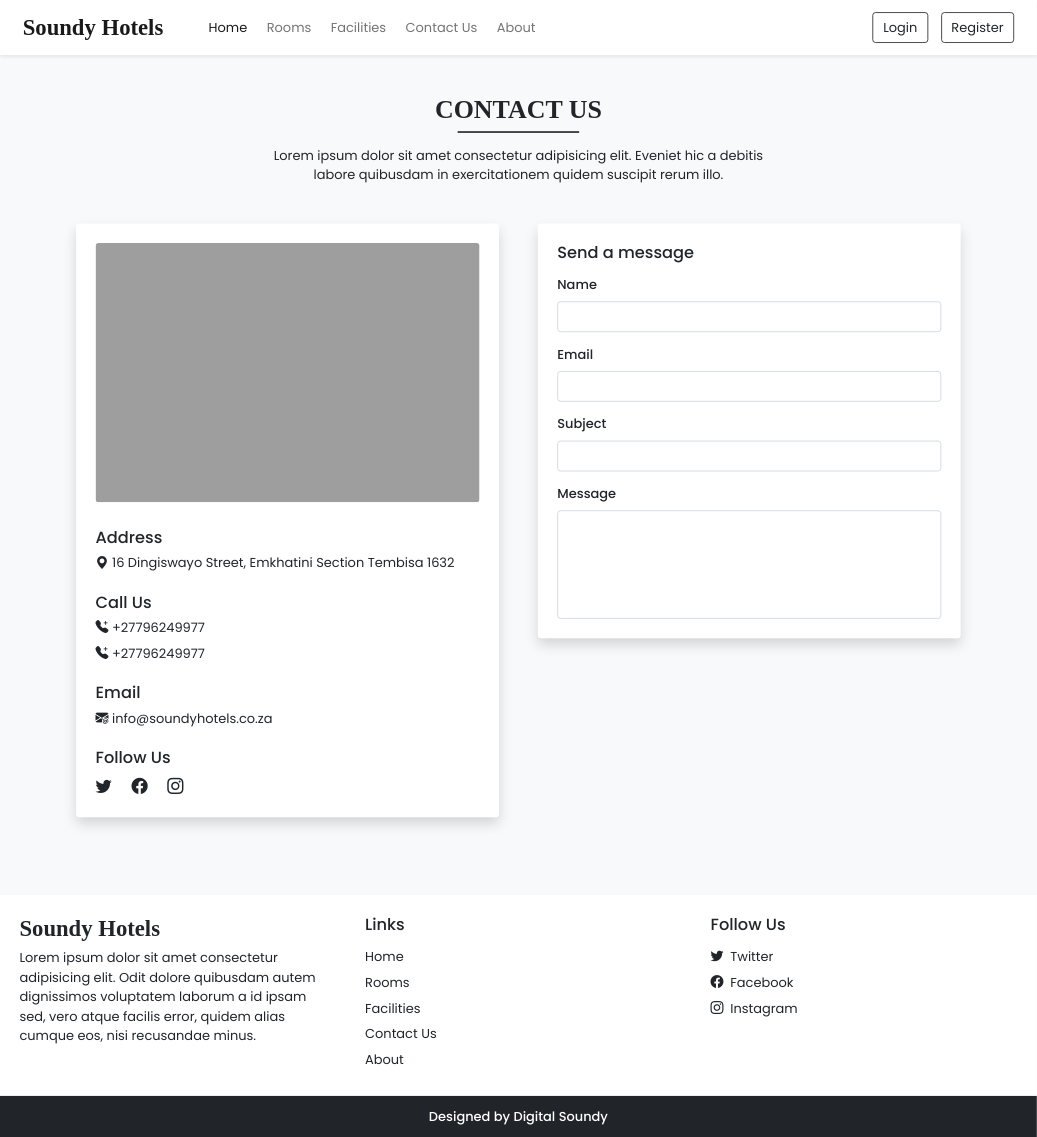
Repository: spencersoundy/Hotel-Booking-App
Page: http://localhost/contact.php
An editor plug-in stored every save of this project. The page is shown before and after the next save, followed by the edit.
The browser window is 1280 px wide. The pictures show the whole page, at 81% of full size.
Pictures or frames that could not be fetched are drawn as grey boxes. Some web fonts or font styles are not loaded; a fallback is used. The page is run by PHP 8.4 with error messages shown; the project is at /var/www/html/.

Above is the page before, as saved 2023-08-05 00:05:21.

### contact.php
<!DOCTYPE html>
<html lang="en">
<head>
    <meta charset="UTF-8">
    <meta http-equiv="X-UA-Compatible" content="IE=edge">
    <meta name="viewport" content="width=device-width, initial-scale=1.0">
    <title>Soundy Hotels - CONTACT</title>
    <?php require('inc/links.php') ?>
</head>
<body class="bg-light">

<?php require('inc/header.php') ?>

<div class="my-5 px-4">
    <h2 class="fw-bold h-font text-center">CONTACT US</h2>
    <div class="h-line bg-dark"></div>
    <p class="text-center mt-3">
        Lorem ipsum dolor sit amet consectetur adipisicing elit.
        Eveniet hic a debitis <br> labore quibusdam in exercitationem
        quidem suscipit rerum illo.
    </p>
</div>

<div class="container">
    <div class="row">
        <div class="col-lg-6 col-md-6 mb-5 px-4">
            <div class="bg-white rounded shadow p-4">
                <iframe class="w-100 rounded mb-4" height="320px" src="https://www.google.com/maps/embed?pb=!1m18!1m12!1m3!1d3585.708810342345!2d28.2120409827257!3d-26.010354497291896!2m3!1f0!2f0!3f0!3m2!1i1024!2i768!4f13.1!3m3!1m2!1s0x1e956bf2ad5976c9%3A0x6f9e0753eef116a!2s16%20Dingiswayo%20St%2C%20Emkantini%2C%20Tembisa%2C%201632!5e0!3m2!1sen!2sza!4v1691170736196!5m2!1sen!2sza" loading="lazy"></iframe>

                    <h5>Address</h5>
                <a href="https://goo.gl/maps/Av7G3xEeVXWeW6kQ6" target="_blank" class="d-line-block text-decoration-none text-dark mb-2">
                <i class="bi bi-geo-alt-fill"></i> 16 Dingiswayo Street, Emkhatini Section Tembisa 1632
                </a>

                <h5 class="mt-4">Call Us</h5>
                <a href="Tell: +27796249977" class="d-inline-block mb-2 text-decoration-none text-dark">
                    <i class="bi bi-telephone-plus-fill"></i> +27796249977
                </a>
                <br>
                <a href="Tell: +27796249977" class="d-inline-block text-decoration-none text-dark">
                    <i class="bi bi-telephone-plus-fill"></i> +27796249977
                </a>

                <h5 class="mt-4">Email</h5>
                <a href="mailto: info@soundyhotels.co.za" class="d-inline-block text-decoration-none text-dark">
                    <i class="bi bi-envelope-at-fill"></i> info@soundyhotels.co.za
                </a>

                <h5 class="mt-4">Follow Us</h5>
                <a href="#" class="d-inline-block text-dark fs-5 me-3">
                        <i class="bi bi-twitter me-1"></i>
                </a>
                <a href="#" class="d-inline-block text-dark fs-5 me-3">
                        <i class="bi bi-facebook me-1"></i>
                </a>
                <a href="#" class="d-inline-block">
                        <i class="bi bi-instagram me-1 text-dark fs-5"></i>
                </a>
            </div>
        </div>
        <div class="col-lg-6 col-md-6 px-4">
            <div class="bg-white rounded shadow p-4">
                <form>
                    <h5>Send a message</h5>
                    <div class="mt-3">
                        <label class="form-label"style="font-weight: 500;">Name</label>
                        <input type="text" class="form-control shadow-none">
                    </div>
                    <div class="mt-3">
                        <label class="form-label"style="font-weight: 500;">Email</label>
                        <input type="email" class="form-control shadow-none">
                    </div>
                    <div class="mt-3">
                        <label class="form-label"style="font-weight: 500;">Subject</label>
                        <input type="text" class="form-control shadow-none">
                    </div>
                    <div class="mt-3">
                        <label class="form-label"style="font-weight: 500;">Message</label>
                        <textarea class="form-control shadow-none" rows="5" style="resize: none;"></textarea>
                    </div>

                </form>
            </div>
        </div>
    </div>
</div>

<?php require('inc/footer.php')?>

</body>
</html>

### inc/links.php
<link href="https://cdn.jsdelivr.net/npm/bootstrap@5.0.2/dist/css/bootstrap.min.css" rel="stylesheet" integrity="sha384-EVSTQN3/azprG1Anm3QDgpJLIm9Nao0Yz1ztcQTwFspd3yD65VohhpuuCOmLASjC" crossorigin="anonymous">
<link href="https://fonts.googleapis.com/css2?family=Merienda:wght@400;700&family=Poppins:wght@400;500;600&display=swap" rel="stylesheet">
<link rel="stylesheet" href="https://cdn.jsdelivr.net/npm/bootstrap-icons@1.10.5/font/bootstrap-icons.css">
<link rel="stylesheet" href="css/common.css"/>

### inc/header.php
<nav class="navbar navbar-expand-lg navbar-light bg-white px-lg-3 py-lg-2 shadow-sm sticky-top">
    <div class="container-fluid">
        <a class="navbar-brand me-5 fw-bold fs-3 h-font" href="index.php">Soundy Hotels</a>
        <button class="navbar-toggler shadow-none" type="button" data-bs-toggle="collapse" data-bs-target="#navbarSupportedContent" aria-controls="navbarSupportedContent" aria-expanded="false" aria-label="Toggle navigation">
        <span class="navbar-toggler-icon"></span>
        </button>
        <div class="collapse navbar-collapse" id="navbarSupportedContent">
        <ul class="navbar-nav me-auto mb-2 mb-lg-0">
            <li class="nav-item">
            <a class="nav-link active me-2" aria-current="page" href="index.php">Home</a>
            </li>
            <li class="nav-item">
            <a class="nav-link me-2" href="#">Rooms</a>
            </li>
            <li class="nav-item">
            <a class="nav-link me-2" href="facilities.php">Facilities</a>
            </li><li class="nav-item">
            <a class="nav-link me-2" href="contact.php">Contact Us</a>
            </li><li class="nav-item">
            <a class="nav-link" href="about.php">About</a>
            </li>
        </ul>
        <div class="d-flex">
            <button type="button" class="btn btn-outline-dark shadow-none me-lg-3 me-2" data-bs-toggle="modal" data-bs-target="#loginModal">
                Login
            </button>
            <button type="button" class="btn btn-outline-dark shadow-none" data-bs-toggle="modal" data-bs-target="#registerModal">
                Register
            </button>
        </div>
        </div>
    </div>
    </nav>

    <div class="modal fade" id="loginModal" data-bs-backdrop="static" data-bs-keyboard="false" tabindex="-1" aria-labelledby="staticBackdropLabel" aria-hidden="true">
        <div class="modal-dialog">
            <div class="modal-content">
                <form>
                    <div class="modal-header">
                        <h5 class="modal-title d-flex align-items-center">
                            <i class="bi bi-person-circle fs-3 me-2"></i> User Login
                        </h5>
                        <button type="reset" class="btn-close shadow-none" data-bs-dismiss="modal" aria-label="Close"></button>
                    </div>
                    <div class="modal-body">
                    <div class="mb-3">
                        <label class="form-label">Email address</label>
                        <input type="email" class="form-control shadow-none">
                    </div>
                    <div class="mb-4">
                        <label class="form-label">Password</label>
                        <input type="password" class="form-control shadow-none">
                    </div>
                        <div class="d-flex align-items-center justify-content-between mb-2">
                            <button type="submit" class="btn btn-dark shadow-none">LOGIN</button>
                            <a href="javascript: void(0)" class="text-secondary text-decoration-none">Forgot Password?</a>
                        </div>
                    </div>
                </form>
            </div>
        </div>
    </div>

    <div class="modal fade" id="registerModal" data-bs-backdrop="static" data-bs-keyboard="false" tabindex="-1" aria-labelledby="staticBackdropLabel" aria-hidden="true">
        <div class="modal-dialog modal-lg">
            <div class="modal-content">
                <form>
            <div class="modal-header">
                <h5 class="modal-title d-fle align-items-center">
                    <i class="bi bi-person-lines-fill fs-3 me-2"></i> User Registration
                </h5>
                <button type="reset" class="btn-close shadow-none" data-bs-dismiss="modal" aria-label="Close"></button>
            </div>
            <div class="modal-body">
                <span class="badge rounded-pill bg-light text-dark mb-3 text-wrap lh-base">
                    Note: Your details must match with your ID (ID book/card, passport, drivers license, etc.)
                    that will be required during check-in.
                </span>
                <div class="container-fluid">
                    <div class="row">
                        <div class="col-md-6 ps-0 mb-3">
                            <label class="form-label">Name</label>
                            <input type="text" class="form-control shadow-none">
                        </div>
                        <div class="col-md-6 p-0 mb-3">
                            <label class="form-label">Email</label>
                            <input type="email" class="form-control shadow-none">
                        </div>
                        <div class="col-md-6 ps-0 mb-3">
                            <label class="form-label">Phone Number</label>
                            <input type="number" class="form-control shadow-none">
                        </div>
                        <div class="col-md-6 p-0 mb-3">
                            <label class="form-label">Picture</label>
                            <input type="file" class="form-control shadow-none">
                        </div>
                        <div class="col-md-12 p-0 mb-3">
                            <label class="form-label">Address</label>
                            <textarea class="form-control shadow-none" rows="1"></textarea>
                        </div>
                        <div class="col-md-6 ps-0 mb-3">
                            <label class="form-label">Pincode</label>
                            <input type="number" class="form-control shadow-none">
                        </div>
                        <div class="col-md-6 p-0 mb-3">
                            <label class="form-label">Date of birth</label>
                            <input type="date" class="form-control shadow-none">
                        </div>
                        <div class="col-md-6 ps-0 mb-3">
                            <label class="form-label">Password</label>
                            <input type="password" class="form-control shadow-none">
                        </div>
                        <div class="col-md-6 p-0 mb-3">
                            <label class="form-label">Confirm Password</label>
                            <input type="password" class="form-control shadow-none">
                        </div>
                    </div>
                </div>
                <div class="text-center my-1">
                    <button type="submit" class="btn btn-dark shadow-none">REGISTER</button>
                </div>
            </div>
            </form>
            </div>
  </div>
</div>

### inc/footer.php
<div class="container-fluid bg-white mt-5">

        <div class="row">
            <div class="col-lg-4 p-4">
                <h3 class="h-font fw-bold fs-3 mb-2">Soundy Hotels</h3>
                <p>
                    Lorem ipsum dolor sit amet consectetur adipisicing elit.
                    Odit dolore quibusdam autem dignissimos voluptatem laborum a id ipsam sed,
                    vero atque facilis error, quidem alias cumque eos, nisi recusandae minus.
                </p>
            </div>
            <div class="col-lg-4 p-4">
                <h5 class="mb-3">Links</h5>
                <a href="#" class="d-inline-block mb-2 text-dark text-decoration-none">Home</a><br>
                <a href="#" class="d-inline-block mb-2 text-dark text-decoration-none">Rooms</a><br>
                <a href="#" class="d-inline-block mb-2 text-dark text-decoration-none">Facilities</a><br>
                <a href="#" class="d-inline-block mb-2 text-dark text-decoration-none">Contact Us</a><br>
                <a href="#" class="d-inline-block mb-2 text-dark text-decoration-none">About</a>
            </div>
            <div class="col-lg-4 p-4">
                <h5 class="mb-3">Follow Us</h5>
                <a href="#" class="d-inline-block text-dark text-decoration-none mb-2">
                    <i class="bi bi-twitter me-1"></i> Twitter
                </a><br>
                <a href="#" class="d-inline-block text-dark text-decoration-none mb-2">
                    <i class="bi bi-facebook me-1"></i> Facebook
                </a><br>
                <a href="#" class="d-inline-block text-dark text-decoration-none">
                    <i class="bi bi-instagram me-1"></i> Instagram
                </a><br>
            </div>
        </div>
    </div>
</div>

    <h6 class="text-center bg-dark text-white p-3 m-0">Designed by Digital Soundy</h6>

    <script src="https://cdn.jsdelivr.net/npm/bootstrap@5.0.2/dist/js/bootstrap.bundle.min.js" integrity="sha384-MrcW6ZMFYlzcLA8Nl+NtUVF0sA7MsXsP1UyJoMp4YLEuNSfAP+JcXn/tWtIaxVXM" crossorigin="anonymous"></script>

### css/common.css
:root{
    --teal: #2ec1ac;
    --teal_hover: #279e8c;
}

*{
    font-family: 'Poppins', sans-serif;
}
.h-font{
    font-family: 'Merienda', cursive;
}

input::-webkit-outer-spin-button,
input::-webkit-inner-spin-button {
-webkit-appearance: none;
margin: 0;
}

input[type=number] {
-moz-appearance: textfield;
}

.custom-bg{
    background-color: var(--teal);
    border: 1px solid var(--teal);
}
.custom-bg:hover{
    background-color: var(--teal_hover);
    border-color: var(--teal_hover);
}

.h-line{
    width: 150px;
    margin: 0 auto;
    height: 1.7px;
}

After the next save:
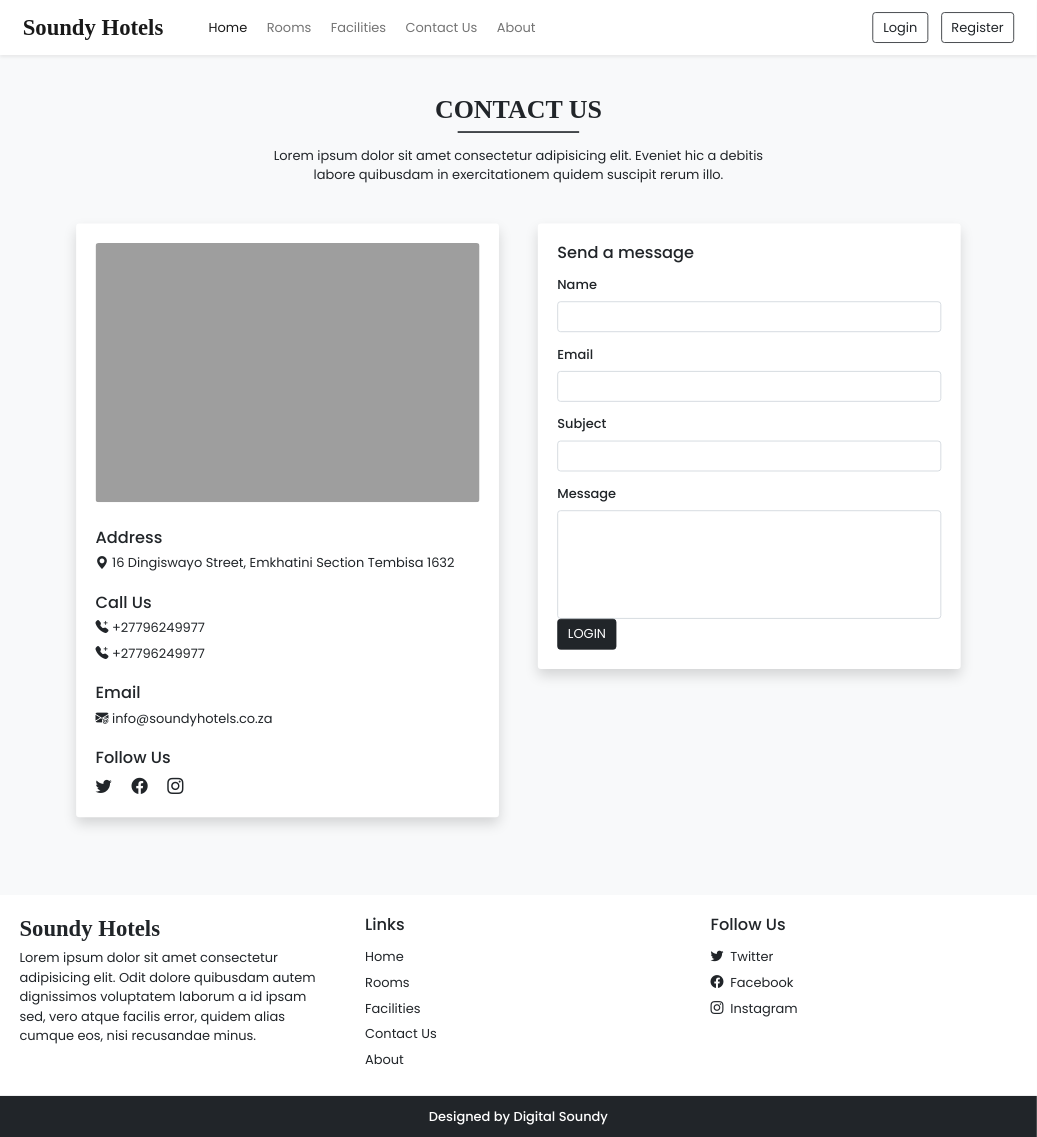
Saved 8 s later.
--- a/contact.php
+++ b/contact.php
@@ -78,7 +78,7 @@
                         <label class="form-label"style="font-weight: 500;">Message</label>
                         <textarea class="form-control shadow-none" rows="5" style="resize: none;"></textarea>
                     </div>
-
+                    <button type="submit" class="btn btn-dark shadow-none">LOGIN</button>
                 </form>
             </div>
         </div>
